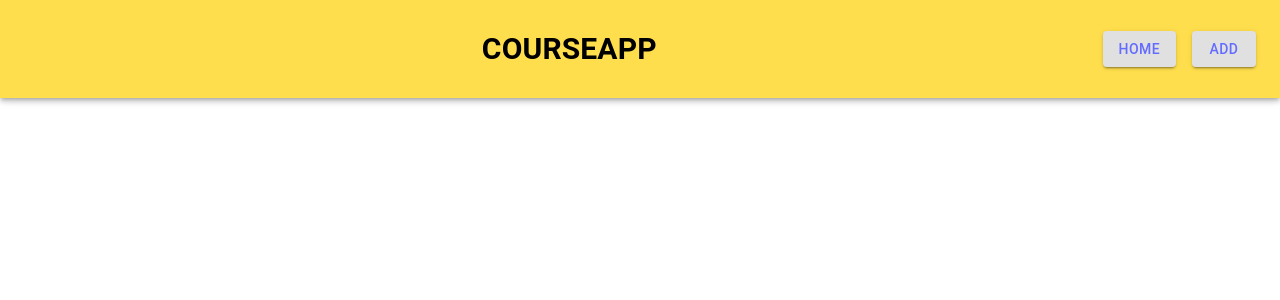
Repository: sarathraj2002/courseapp
Page: / (app in Frontend/)
The author's editor kept a copy of each file at every save. The page is drawn from the files as they stood at one save, then again after the next save.
The browser window is 1280 px wide. The pictures show the whole page.
The page's requests for data from a server got no answer. The project was rebuilt for these pictures with package versions that can differ from the ones it lists, and the page was loaded fresh each time. No one was signed in, and anything a server would have sent is missing. Also part of the build but not shown: Frontend/vite.config.js, Frontend/src/components/Add.jsx.

Above is the page before, as saved 2024-10-13 23:33:34.

After the next save:
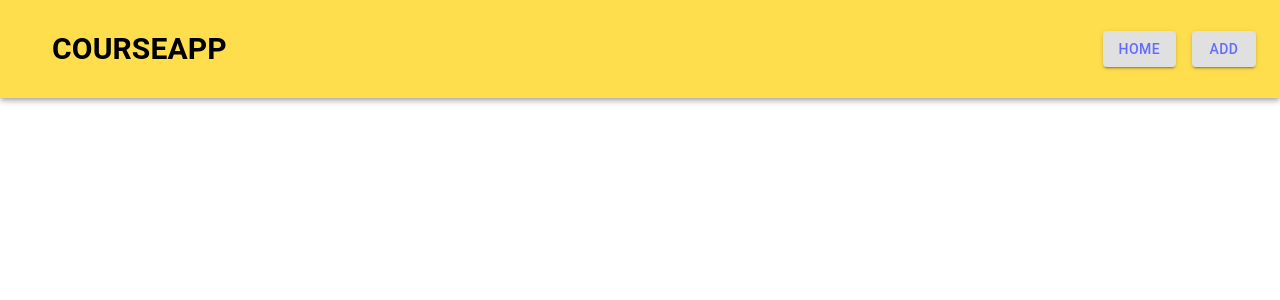
Saved 6 s later.
--- a/Frontend/src/components/Navbar.jsx
+++ b/Frontend/src/components/Navbar.jsx
@@ -17,7 +17,7 @@
           >
 
           </IconButton>
-          <Typography variant="h6" component="div" sx={{ flexGrow: 1,color:'black',textAlign:'' }}>
+          <Typography variant="h6" component="div" sx={{ flexGrow: 1,color:'black',textAlign:'left' }}>
               <h2> COURSEAPP</h2>
           </Typography>
        <Link to={'/'}><Button variant='contained' sx={{margin:2}} color="inherit">Home</Button></Link>
